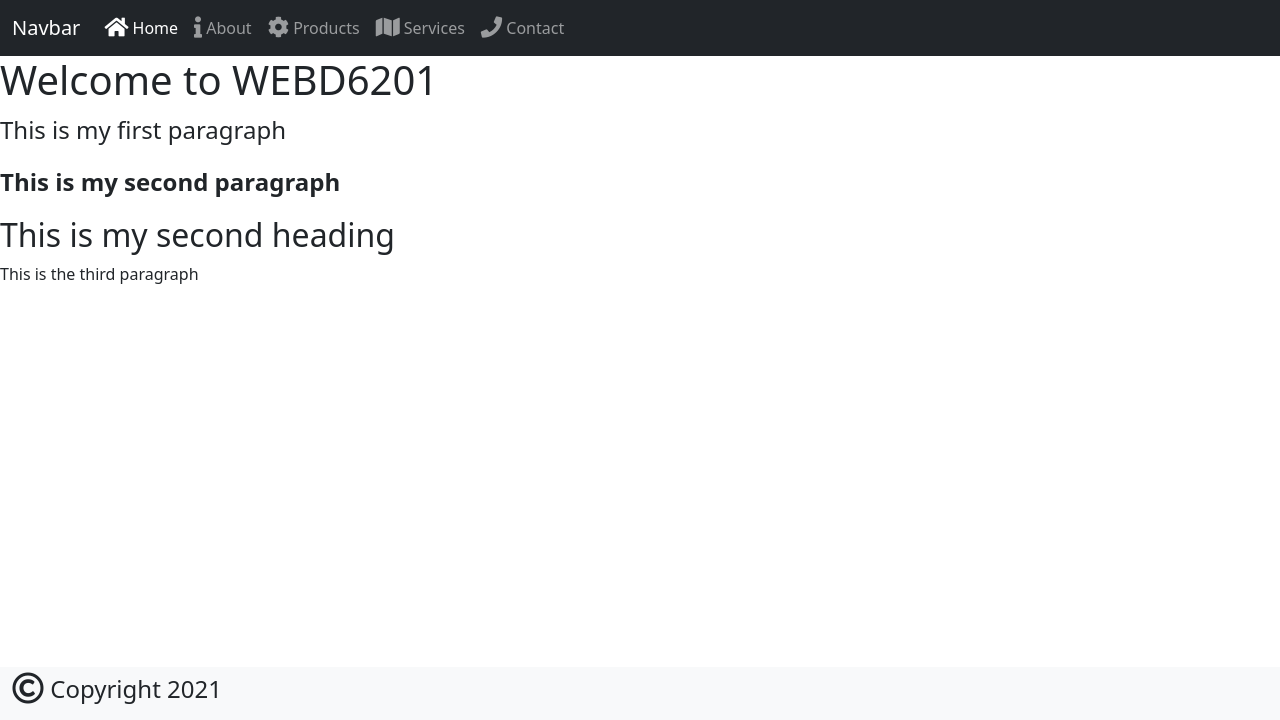
Repository: evanpalmer002/WEBD6201-ICE4
Page: services.html
These files come from the project's save history. The page is drawn as it stood at one moment and after the next save; the edit follows.
The browser window is 1280 px wide. The pictures show the whole page.

Above is the page before, as saved 2021-01-20 16:08:26.

After the next save:
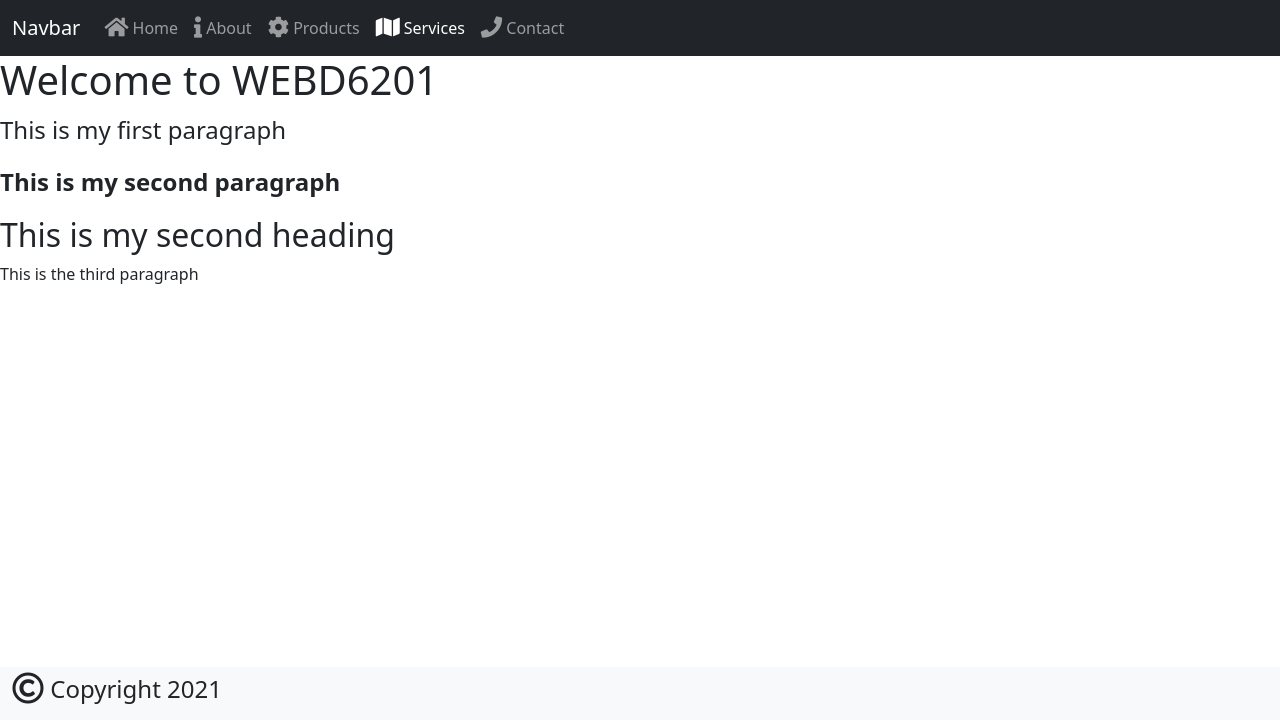
Saved 11 s later.
--- a/services.html
+++ b/services.html
@@ -23,7 +23,7 @@
                 <ul class="navbar-nav">
 
                   <li class="nav-item">
-                    <a id="home" class="nav-link active" aria-current="page" href="index.html"><i class="fas fa-home fa-lg"></i> Home</a>
+                    <a id="home" class="nav-link" aria-current="page" href="index.html"><i class="fas fa-home fa-lg"></i> Home</a>
                   </li>
 
                   <li class="nav-item">
@@ -35,7 +35,7 @@
                   </li>
 
                   <li class="nav-item">
-                    <a id="services" class="nav-link" href="services.html"><i class="fas fa-map fa-lg"></i> Services</a>
+                    <a id="services" class="nav-link active" href="services.html"><i class="fas fa-map fa-lg"></i> Services</a>
                   </li>
 
                   <li class="nav-item">
